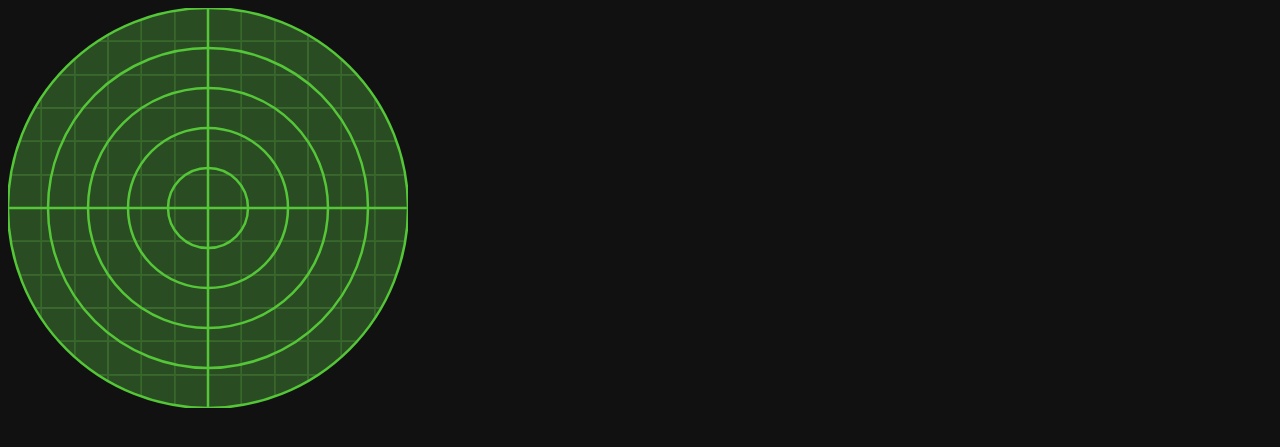
Repository: pedro-mancano/ProjetoCDM204
Page: scripts/radar.html
An editor plug-in stored every save of this project. The page is shown before and after a run of saves, followed by the edit.
The browser window is 1280 px wide. The pictures show the whole page.

Above is the page before, as saved 2024-11-27 08:41:11.

After the next 2 saves:
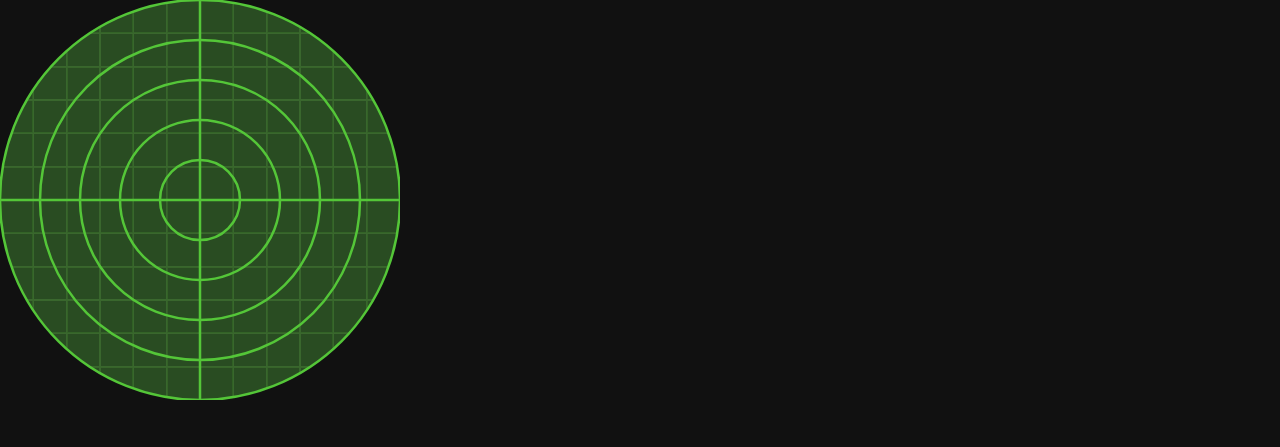
The 2 saves are shown as one change because they came seconds apart.
The last was saved 11 s later.
--- a/scripts/radar.css
+++ b/scripts/radar.css
@@ -1,9 +1,12 @@
 html,
 body {
   background-color: #111;
+  height: 100%;
+  margin: 0;
+  width: 100%;
 }
 
 .radar {
-  height: 100%;¨
+  height: 100%;
   width: 100%;
 }
